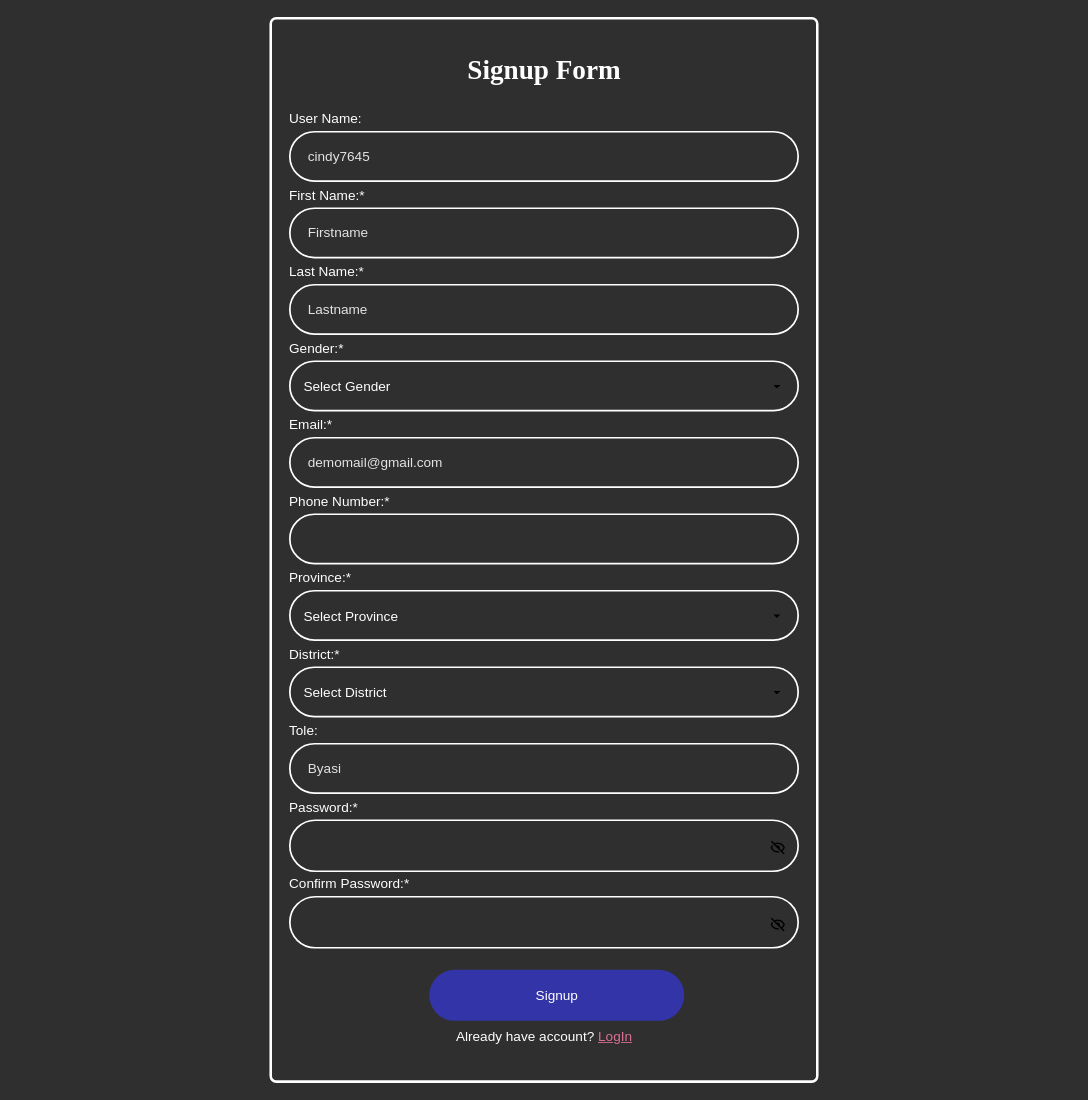
Repository: cindrellakoju/Animestore
Page: html css/signup.html
The author's editor kept a copy of each file at every save. The page is drawn from the files as they stood at one save, then again after the next save.
The browser window is 1280 px wide. The pictures show the whole page, at 85% of full size.

Above is the page before, as saved 2024-04-07 01:49:37.

### html css/signup.html
<!DOCTYPE html>
<html lang="en">
<head>
  <meta charset="UTF-8">
  <meta name="viewport" content="width=device-width, initial-scale=1.0">
  <title>Signup Page</title>
  <link href='https://unpkg.com/boxicons@2.1.4/css/boxicons.min.css' rel='stylesheet'>
  <link rel="stylesheet" href="signup.css">
</head>
<body>
  <div class="container">
    <h1>Signup Form</h1>
    <form>
      <div class="signupform">
        <label for="username">User Name:</label>
        <input type="text" id="username" name="username" placeholder="cindy7645">
      </div>
      <div class="signupform">
        <label for="firstname">First Name:<span class="required">*</span></label>
        <input type="text" id="firstname" name="firstname" placeholder="Firstname">
      </div>
      <div class="signupform">
        <label for="lastname">Last Name:<span class="required">*</span></label>
        <input type="text" id="lastname" name="lastname" placeholder="Lastname" required>
      </div>
      <div class="signupform">
        <label for="gender">Gender:<span class="required">*</span></label>
        <div class="custom-select">
            <select id="gender" name="gender" required>
                <option value="">Select Gender</option>
                <option value="male">Male</option>
                <option value="female">Female</option>
                <option value="other">Other</option>
            </select>
        </div>
    </div>

      <div class="signupform">
        <label for="email">Email:<span class="required">*</span></label>
        <input type="email" id="email" name="email" placeholder="demomail@gmail.com" required>
      </div>
      <div class="signupform">
        <label for="phone">Phone Number:<span class="required">*</span></label>
        <input type="text" id="phone" name="phone" required>
      </div>
      <div class="signupform">
        <label for="province">Province:<span class="required">*</span></label>
        <div class="custom-select">
          <select id="province" name="province" onchange="populateDistricts()" required>
            <option value="">Select Province</option>
            <option value="1">Province 1</option>
            <option value="2">Province 2</option>
            <option value="3">Bagmati Province</option>
            <option value="4">Gandaki Province</option>
            <option value="5">Lumbini Province</option>
            <option value="6">Karnali Province</option>
            <option value="7">Sudurpashchim Province</option>
          </select>
        </div>
      </div>
      <div class="signupform">
        <label for="district">District:<span class="required">*</span></label>
        <div class="custom-select">
            <select id="district" name="district" required>
                <option value="">Select District</option>
            </select>
        </div>
      </div>

      <div class="signupform">
        <label for="tole">Tole:</label>
        <input type="text" id="tole" name="tole" placeholder="Byasi" required>
      </div>
      <div class="signupform">
        <label for="password">Password:<span class="required">*</span></label>
        <div class="password-input-container">
            <input type="password" spellcheck="false" id="password" name="password" required>
            <i class='bx bx-hide toggle' id="passwordToggle"></i>
        </div>
    </div>

    <div class="signupform">
        <label for="confirmpassword">Confirm Password:<span class="required">*</span></label>
        <div class="password-input-container">
            <input type="password" spellcheck="false" id="confirmpassword" name="confirmpassword" required>
            <i class='bx bx-hide toggle' id="confirmPasswordToggle"></i>
        </div>
    </div>

      <div class="signupform">
        <button type="submit">Signup</button>
      </div>
    <h4>Already have account?  <a href="login.html">LogIn</a></h4>
    </form>
  </div>
  <script>
    function populateDistricts() {
      var provinceSelect = document.getElementById("province");
      var districtSelect = document.getElementById("district");

      // Clear existing options
      districtSelect.innerHTML = "";

      // Add default option
      var defaultOption = document.createElement("option");
      defaultOption.text = "Select District";
      districtSelect.add(defaultOption);

      // Get selected province
      var selectedProvince = provinceSelect.value;

      // Add districts based on selected province
      switch (selectedProvince) {
        case "1":
          addDistrict("Bhojpur");
          addDistrict("Dhankuta");
          addDistrict("Ilam");
          addDistrict("Jhapa");
          addDistrict("Khotang");
          break;
        case "2":
          addDistrict("Saptari");
          addDistrict("Siraha");
          addDistrict("Dhanusha");
          addDistrict("Mahottari");
          addDistrict("Sarlahi");
          break;
        case "3":
          addDistrict("Kathmandu");
          addDistrict("Lalitpur");
          addDistrict("Bhaktapur");
          addDistrict("Kavrepalanchok");
          addDistrict("Nuwakot");
          break;
        case "4":
          addDistrict("Gorkha");
          addDistrict("Lamjung");
          addDistrict("Tanahun");
          addDistrict("Manang");
          addDistrict("Mustang");
          break;
        case "5":
          addDistrict("Rupandehi");
          addDistrict("Kapilvastu");
          addDistrict("Nawalparasi");
          addDistrict("Arghakhanchi");
          addDistrict("Gulmi");
          break;
        case "6":
          addDistrict("Jumla");
          addDistrict("Kalikot");
          addDistrict("Surkhet");
          addDistrict("Dailekh");
          addDistrict("Jajarkot");
          break;
        case "7":
          addDistrict("Kailali");
          addDistrict("Kanchanpur");
          addDistrict("Dadeldhura");
          addDistrict("Darchula");
          addDistrict("Baitadi");
          break;
        default:
          break;
      }
    }

    function addDistrict(districtName) {
      var districtSelect = document.getElementById("district");
      var option = document.createElement("option");
      option.text = districtName;
      districtSelect.add(option);
    }

    document.addEventListener("DOMContentLoaded", function() {
    const passwordToggle = document.getElementById("passwordToggle");
    const confirmPasswordToggle = document.getElementById("confirmPasswordToggle");
    const passwordInput = document.getElementById("password");
    const confirmPasswordInput = document.getElementById("confirmpassword");

    passwordToggle.addEventListener("click", () => {
        if (passwordInput.type === "password") {
            passwordInput.type = "text";
            passwordToggle.classList.replace("bx-hide", "bx-show");
        } else {
            passwordInput.type = "password";
            passwordToggle.classList.replace("bx-show", "bx-hide");
        }
    });

    confirmPasswordToggle.addEventListener("click", () => {
        if (confirmPasswordInput.type === "password") {
            confirmPasswordInput.type = "text";
            confirmPasswordToggle.classList.replace("bx-hide", "bx-show");
        } else {
            confirmPasswordInput.type = "password";
            confirmPasswordToggle.classList.replace("bx-show", "bx-hide");
        }
      });
    });


  </script>
</body>
</html>

### html css/signup.css
/* General Styles */
body {
    font-family: Arial, sans-serif;
    margin: 0;
    padding: 20px;
    /* background-color: #f4f4f4; */
    min-height: 100vh;
    background-color: rgba(0, 0, 0, 0.815);
  }

  .container {
    max-width: 600px;
    margin: 0 auto;
    /* background: #fff; */
    padding: 20px;
    border-radius: 8px;
    /* box-shadow: 0 2px 5px rgba(0, 0, 0, 0.1); */
    border: 3px solid white ;
  }

  h1 {
    color: white;
    font-size: 36;
    text-align: center;
    font-family: 'Times New Roman', Times, serif;
  }

  .signupform {
  position: relative;
  width: 100%;
  height: 60px;
  margin: 30px 0;
  justify-content: center;
  }

  label {
    color: white;
    display: block;
    margin-bottom: 5px;
    position: relative;
  }
  .label-text {
      display: inline-block;
  }

  .label-text .required {
  color: red;
  font-weight: bold;
  margin-left: 5px;
  }
  /* change color of placeholder */
  #username::placeholder, #firstname::placeholder, #lastname::placeholder,
  #email::placeholder, #tole::placeholder{
    color: rgba(255, 255, 255, 0.865);
  }
  input[type="text"],
  input[type="email"],
  select,
  input[type="password"] {
  width: 100%;
  padding: 20px 45px 20px 20px;
  height: 100%;
  border: none;
  outline: none;
  background: transparent ;
  border: 2px solid white;
  font-size: 16px;
  border-radius: 40px;
  box-sizing: border-box;
  }
  /* Dark border and label color on hover */
  .signupform input:hover,
  .signupform input:focus {
  border-color: white; /* Dark border color on hover and focus */
  }

  /* Default styling for select box */
  .custom-select {
    position: relative;
    width: 100%;
    height: 100%;
  }

  .custom-select select {
    appearance: none; /* Remove default arrow in Firefox */
    -webkit-appearance: none; /* Remove default arrow in WebKit/Blink */
    -moz-appearance: none; /* Remove default arrow in older Firefox */
    padding: 15px; /* Adjust as needed */
    border: 2px solid white;
    border-radius: 40px;
    background-color: transparent;
    cursor: pointer;
    width: 100%;
    font-size: 16px;
    box-sizing: border-box;
    outline: none; /* Remove focus outline */
    /* Use a custom arrow as background */
    background-image: url('data:[embedded picture, 163 characters]');
    background-repeat: no-repeat;
    background-position: calc(100% - 20px) center; /* Move arrow to the right */
    padding-right: 25px; /* Space for arrow */
  }
  #gender, #province, #district{
    color: white;
  }

  /* Hover effect for custom arrow */
  .custom-select:hover select {
    border-color: white; /* Change border color on hover */
  }

  /* Additional styles for select box */
  .custom-select select:focus {
    border-color: white; /* Change border color on focus */
  }

  .custom-select select:disabled {
    opacity: 0.5; /* Dim select box when disabled */
    pointer-events: none;
  }

  .password-input-container {
    position: relative;
  }


  .password-input-container i{
    position: absolute;
    top: 295%;
    right: 5px;
    left: 15px;
    transform: translateY(-50%);
    cursor: pointer;
    font-size: 20px;
    margin-left: 550px;
    margin-top: -150px;
  }

  button[type="submit"] {
    background-color: rgba(55, 55, 228, 0.678);
    color: white;
    width: 50%;
    height: 100%;
    padding: 10px 20px;
    border: none;
    border-radius: 40px;
    cursor: pointer;
    font-size: 16px;
    margin-top: 20px;
    margin-left: 165px;
  }

  button[type="submit"]:hover {
    background-color: rgb(33, 33, 232);
    text-decoration: underline;
  }

  h4{
    color: white;
    font-weight: 500;
    text-align: center;
    margin-top: 20px;
    /* margin-left: 185px; */
  }

  h4 a{
    color: palevioletred
  }

  h4 a:hover{
    color: rgb(202, 63, 109);
  }
  /* Icon ko milako */
  .icon-box {
    display: flex;
    flex-direction: column;
  }

  /* Tooltip */
  .tooltip {
    position: absolute;
    top: 50%;
    right: calc(100% + 10px);
    transform: translateY(-50%);
    background-color: #333;
    color: white;
    padding: 5px 10px;
    border-radius: 5px;
    opacity: 0;
    transition: opacity 0.3s ease;
    pointer-events: none;
  }

After the next save:
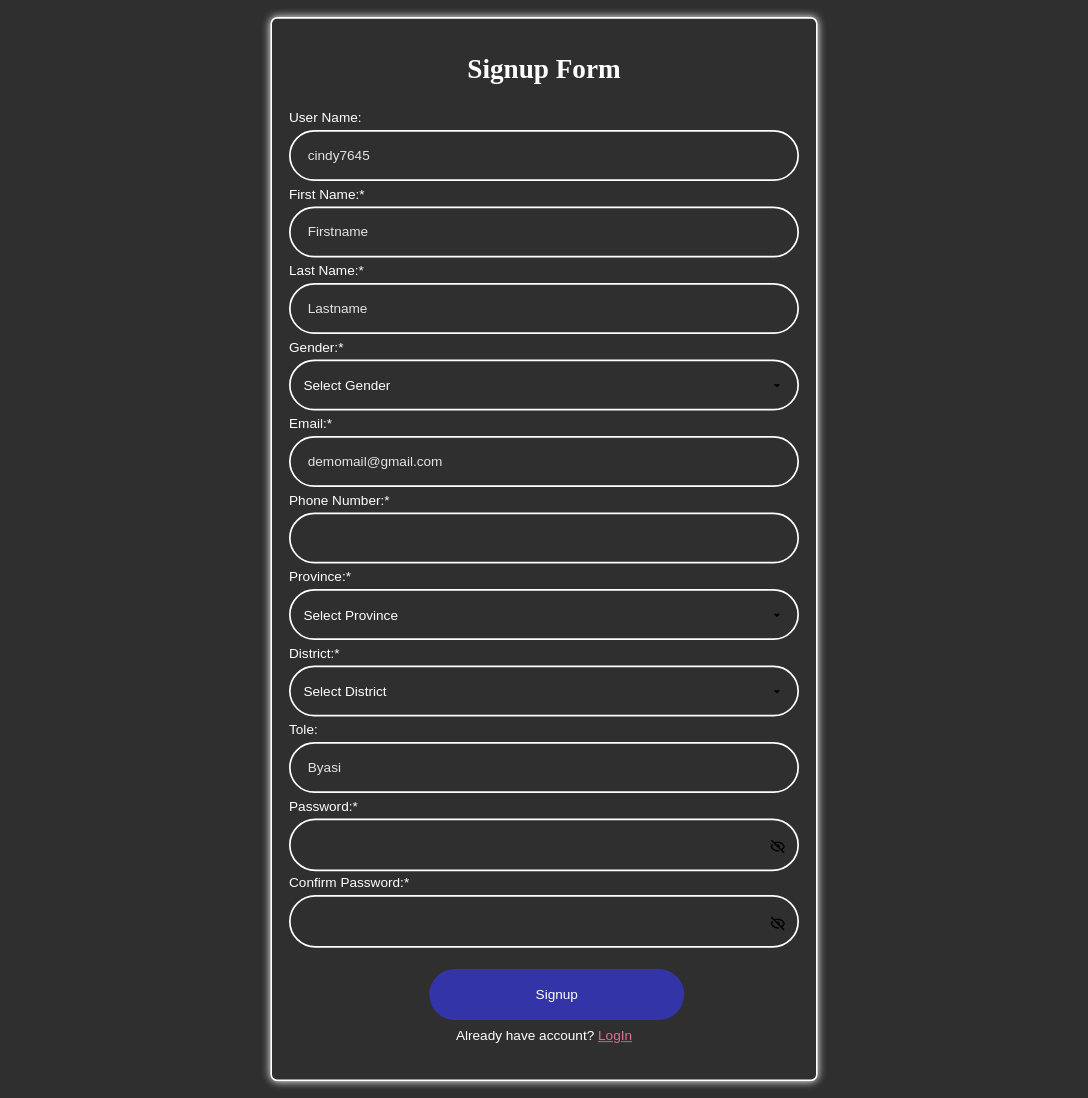
Saved 20 s later.
--- a/html css/signup.css
+++ b/html css/signup.css
@@ -15,7 +15,8 @@
     padding: 20px;
     border-radius: 8px;
     /* box-shadow: 0 2px 5px rgba(0, 0, 0, 0.1); */
-    border: 3px solid white ;
+    border: 2px solid white ;
+    box-shadow: 0 0 10px white;
   }
 
   h1 {
